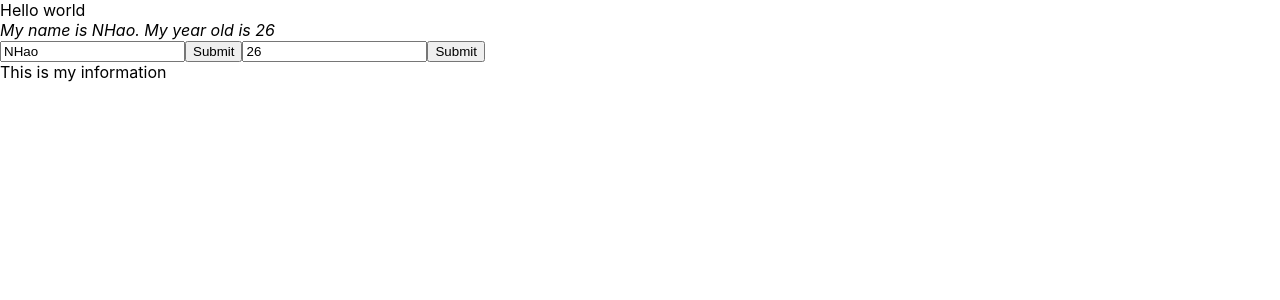
Repository: haonguyen09/reactProject
Page: /
These files come from the project's save history. The page is drawn as it stood at one moment and after the next save; the edit follows.
The browser window is 1280 px wide. The pictures show the whole page.
The project was rebuilt for these pictures with package versions that can differ from the ones it lists, and the page was loaded fresh each time.

Above is the page before, as saved 2023-08-01 12:44:02.

### src/App.js
import logo from './logo.svg';
import './App.css';
import { useDispatch, useSelector } from 'react-redux';
import { increaseCounter, decreaseCounter } from './redux/action/counterAction';
import MyComponent from './components/MyComponent';
import React from "react";


class App extends React.Component {

  render() {
    return (
      <div>
      Hello world
      <MyComponent></MyComponent>
    </div>
    )
  }
}




// const App = () => {
//   const count = useSelector(state => state.counter.count);
//   const dispatch = useDispatch();

//   return (

//     <div className="App">
//       <header className="App-header">
//         <img src={logo} className="App-logo" alt="logo" />
//         <p>
//           Hello world
//         </p>
//         <div>Count = {count}</div>
//         <button onClick={() => dispatch(increaseCounter())}>Increase</button>
//         <button onClick={() => dispatch(decreaseCounter())}>Decrease</button>
//       </header>
//     </div>
//   );
// }

export default App;

### src/components/MyComponent.js
import React from 'react';
import Info from './Info';
import MyInfo from './MyInfo';

class MyComponent extends React.Component {
    // JSX



    render() {
        return (
            <div>
                <Info />
                <MyInfo/>
            </div>
            );
    };

    }



export default MyComponent;

### src/components/Info.js
import React from 'react';


class Info extends React.Component {
    state = {
        name: "NHao",
        address: "Hoi dan IT",
        age: 26
    };


    handleChange = (event) => {
        this.setState({
            name: event.target.value
        })
    }

    handleChangeAge = (event) => {
        this.setState({
            age: event.target.value
        })
    }

    handOnSubmit = (event) => {
        event.preventDefault();
    }

    render() {
        return (

            <div>
                <em>
                    My name is {this.state.name}.
                    My year old is {this.state.age}
                </em>
                <form onSubmit={(event) => this.handOnSubmit(event)}>
                    <input value= {this.state.name} type="text" onChange = {(event) => {this.handleChange(event)}} />
                    <button>Submit</button>

                    <input value= {this.state.age} type="text" onChange = {(event) => {this.handleChangeAge(event)}} />
                    <button>Submit</button>
                </form>

            </div>

        )
    }
}


export default Info;

### src/components/MyInfo.js
import React from 'react';

class MyInfo extends React.Component {
    render() {
        return (
            <div>This is my information</div>
        )
    }
}

export default MyInfo

Loaded but not shown: public/index.html (common file); src/index.js (common file); src/reportWebVitals.js (common file); src/redux/store.js (common file); src/App.css (common file); src/redux/action/counterAction.js (common file); src/redux/reducer/rootReducer.js (common file); src/redux/reducer/counterReducer.js (common file)

After the next save:
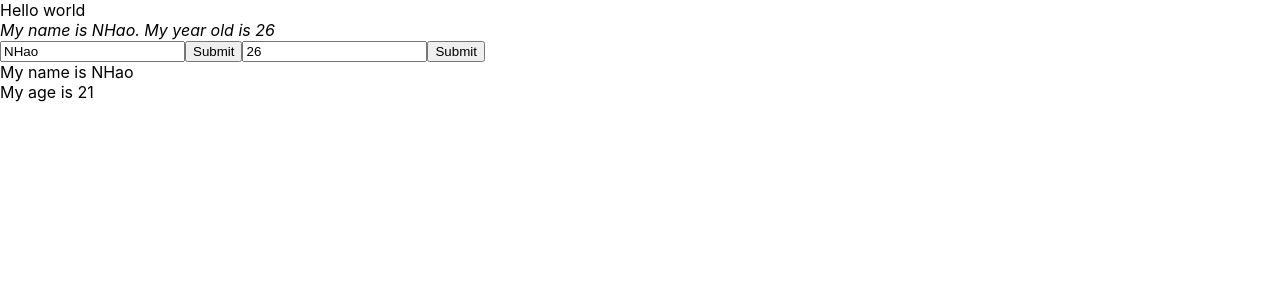
Saved 96 s later.
--- a/src/components/MyInfo.js
+++ b/src/components/MyInfo.js
@@ -3,7 +3,10 @@ import React from 'react';
 class MyInfo extends React.Component {
     render() {
         return (
-            <div>This is my information</div>
+            <div>
+                <div>My name is NHao</div>
+                <div>My age is 21</div>
+            </div>
         )
     }
 }
